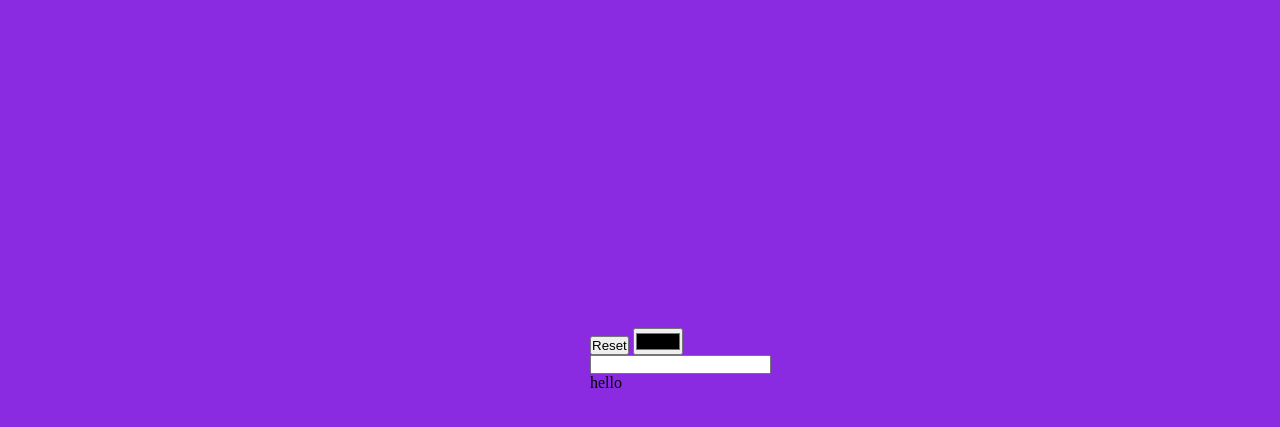
Repository: Larrowo/Challenges
Page: Pixel-Art/index.html
These files come from the project's save history. The page is drawn as it stood at one moment and after the next save; the edit follows.
The browser window is 1280 px wide. The pictures show the whole page.

Above is the page before, as saved 2022-04-20 12:12:33.

After the next save:
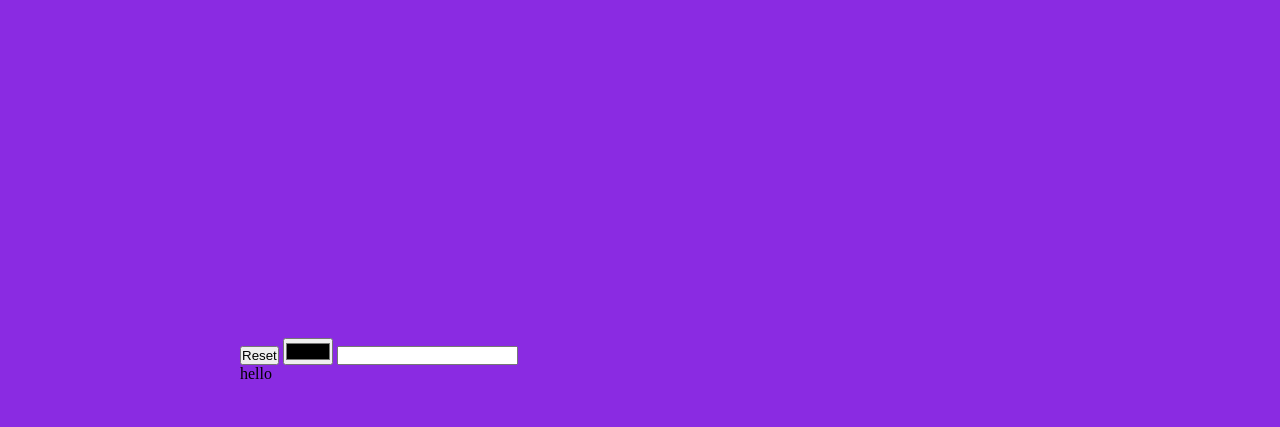
Saved 21 s later.
--- a/Pixel-Art/style.css
+++ b/Pixel-Art/style.css
@@ -18,7 +18,7 @@ body{
 
 .navbar, .container{
     background-color:rgba(28,28,29,);
-    width: 100px;
+    width: 800px;
     border-radius: 3px;
 }
 
